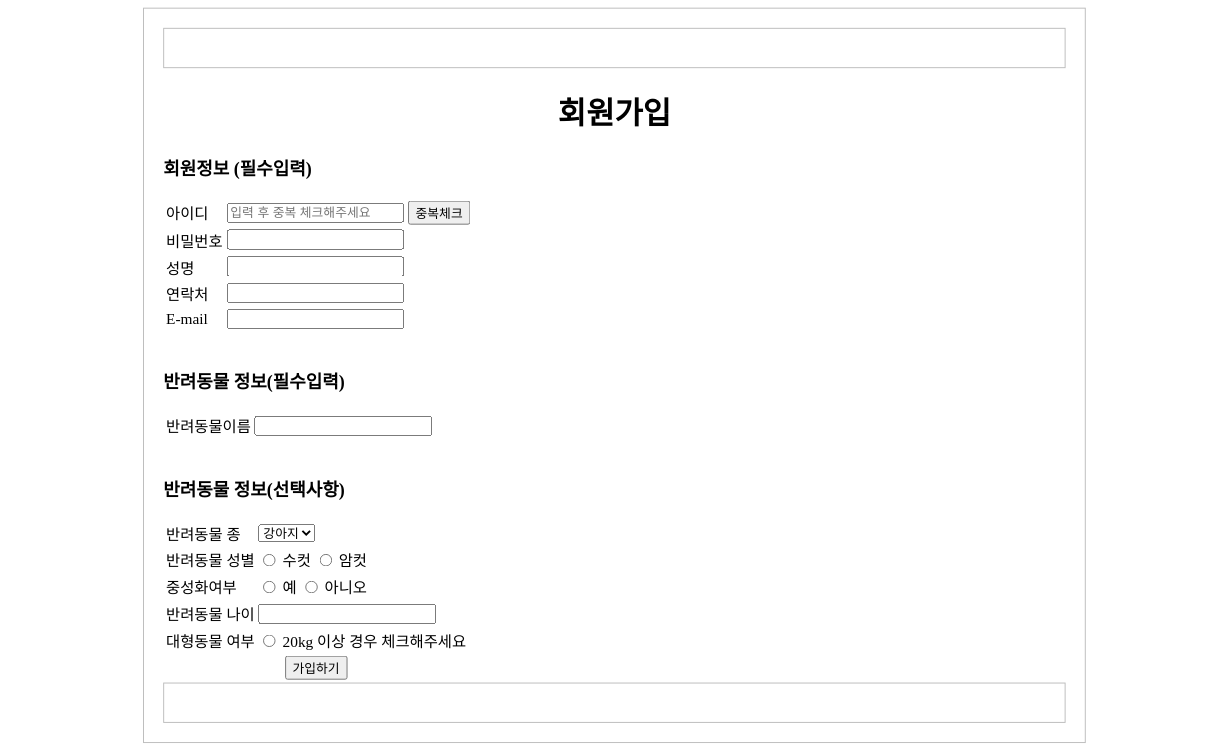
Repository: bangms/anitel
Page: http://localhost/anitel/anitel/users/signInUserForm.jsp
These files come from the project's save history. The page is drawn as it stood at one moment and after the next save; the edit follows.
The browser window is 1280 px wide. The pictures show the whole page, at 96% of full size.
The page is served by Tomcat 9.

Above is the page before, as saved 2021-07-01 01:12:53.

After the next save:
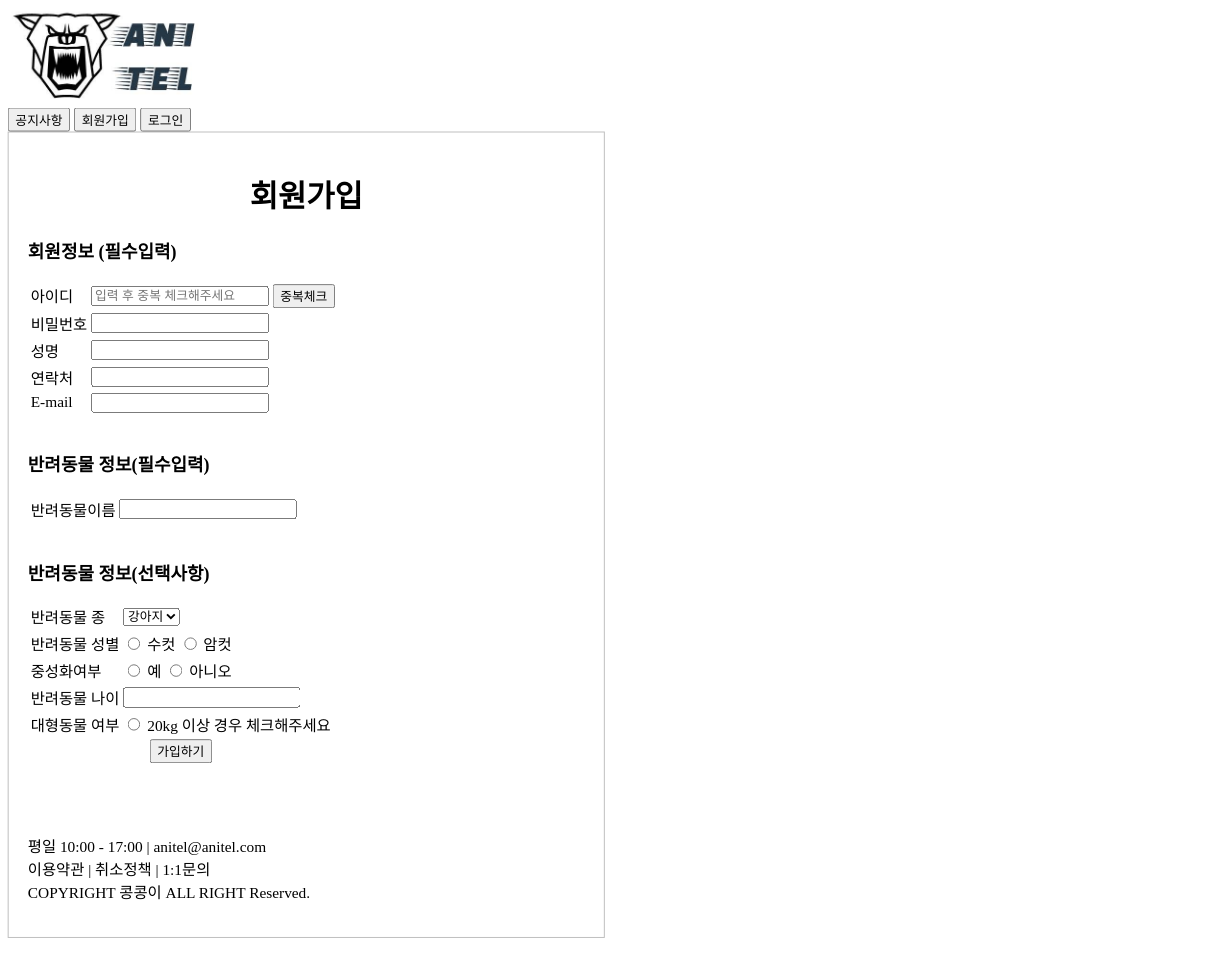
Saved 73 s later.
--- a/workspace/anitel/WebContent/anitel/users/signInUserForm.jsp
+++ b/workspace/anitel/WebContent/anitel/users/signInUserForm.jsp
@@ -18,11 +18,18 @@
 		}
 	</script>
 </head>
-  <body>
-    <div id="jb-container">
-      <div id="jb-header">
-       </div>
-
+<div id="container">
+	<div id="header">
+		<div id="logo">
+			<img src="imgs/logo.jpg" width="200px" height="100px">
+		</div>
+		<div id="button">
+			<button id="notice">공지사항</button>
+			<button id="signin">회원가입</button>
+			<button id="login">로그인</button>
+		</div>
+	</div>
+	<div id="jb-content">
     <h1 align="center"> 회원가입 </h1>
 	<form action="signInUserPro.jsp" method="post" name="inputForm" onsubmit="return check()">
 		<h3>회원정보 (필수입력)</h3>
@@ -121,8 +128,13 @@
 		</table>
 	</form>
 
-      <div id="jb-footer">
-      </div>
+		<div id="footer">
+			 <img src="imgs/logo2.png" width=100px; height=50px;>
+			 <p> 평일 10:00 - 17:00 | anitel@anitel.com <br/>
+			 이용약관 | 취소정책 | 1:1문의 <br/>
+				COPYRIGHT 콩콩이 ALL RIGHT Reserved.</p>
+			</div>
+  </div>
     </div>
 
 </body>
